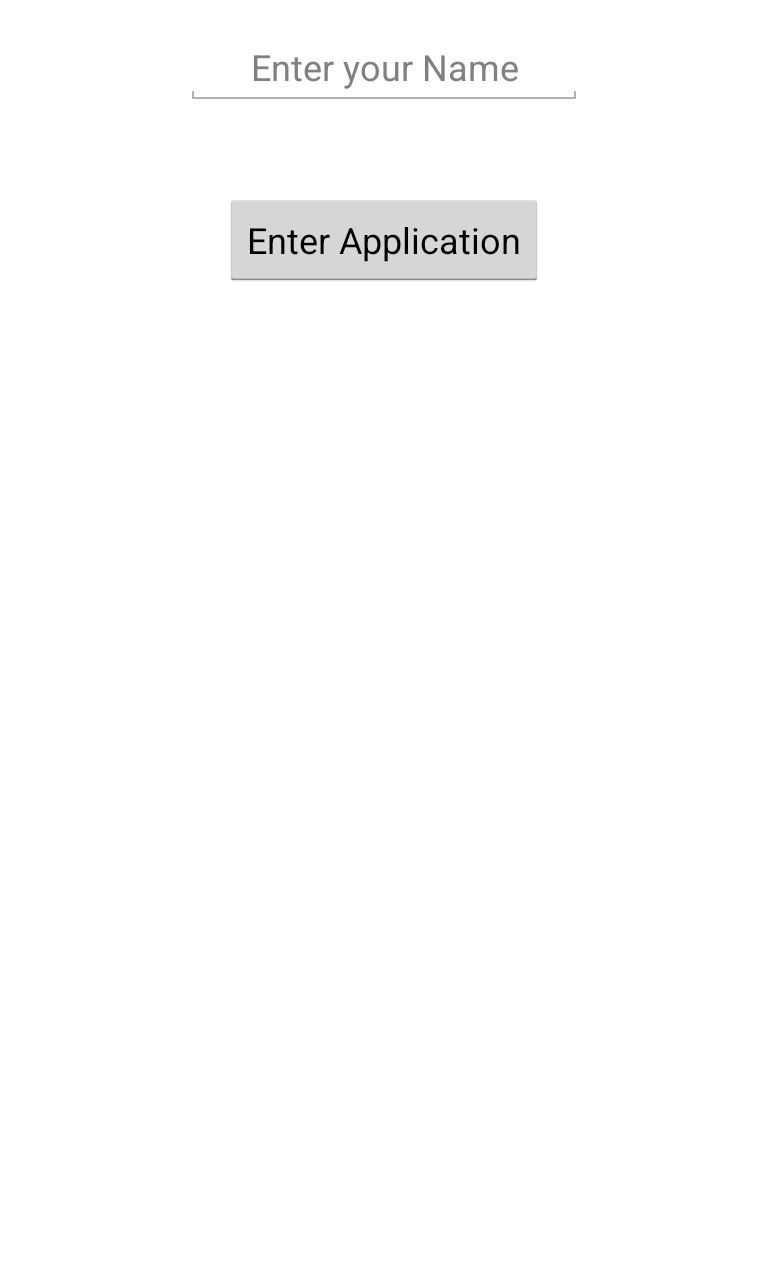
Repository: fsoDannis/workspace
Layout: LyndaTutorials/res/layout/activity_main.xml
The author's editor kept a copy of each file at every save. The layout is drawn from the files as they stood at one save, then again after the next save.
It is drawn on a 768 x 1280 px phone screen (xhdpi) without system bars, with theme AppTheme; the app's code is not run.

Above is the layout before, as saved 2013-01-31 14:16:32.

### LyndaTutorials/res/layout/activity_main.xml
<RelativeLayout xmlns:android="http://schemas.android.com/apk/res/android"
    xmlns:tools="http://schemas.android.com/tools"
    android:layout_width="match_parent"
    android:layout_height="match_parent" >

    <LinearLayout
        android:id="@+id/linearLayout2"
        android:layout_width="fill_parent"
        android:layout_height="wrap_content"
        android:orientation="horizontal" >
    </LinearLayout>

    <LinearLayout
        android:id="@+id/linearLayout1"
        android:layout_width="fill_parent"
        android:layout_height="wrap_content"
        android:orientation="horizontal" >
    </LinearLayout>

    <Button
        android:id="@+id/b_Enter"
        android:layout_width="wrap_content"
        android:layout_height="wrap_content"
        android:layout_below="@+id/linearLayout2"
        android:layout_centerHorizontal="true"
        android:layout_marginTop="96dp"
        android:gravity="center_vertical|center_horizontal"
        android:text="Enter Application" />

    <EditText
        android:id="@+id/et_EnterName"
        android:layout_width="200dip"
        android:layout_height="wrap_content"
        android:layout_below="@+id/linearLayout2"
        android:layout_centerHorizontal="true"
        android:layout_marginTop="14dp"
        android:ems="10"
        android:gravity="center_vertical|center_horizontal"
        android:hint="Enter your Name" />

</RelativeLayout>

Loaded but not shown: LyndaTutorials/res/values/styles.xml (common file); LyndaTutorials/res/values-v11/styles.xml (common file); LyndaTutorials/res/values-v14/styles.xml (common file)

After the next save:
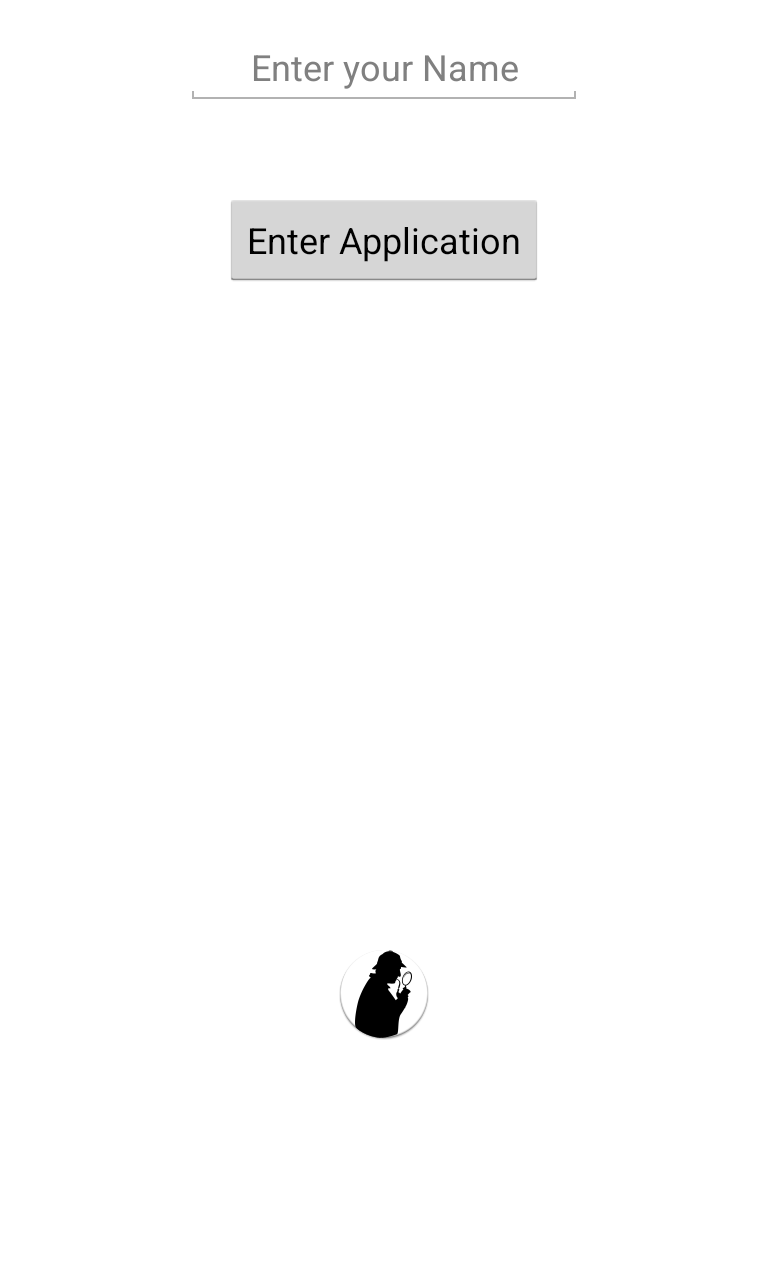
Saved 3 min 39 s later.
--- a/LyndaTutorials/res/layout/activity_main.xml
+++ b/LyndaTutorials/res/layout/activity_main.xml
@@ -38,4 +38,13 @@
         android:gravity="center_vertical|center_horizontal"
         android:hint="Enter your Name" />
 
+    <ImageView
+        android:id="@+id/imageView1"
+        android:layout_width="wrap_content"
+        android:layout_height="wrap_content"
+        android:layout_alignParentBottom="true"
+        android:layout_centerHorizontal="true"
+        android:layout_marginBottom="119dp"
+        android:src="@drawable/ic_launcher" />
+
 </RelativeLayout>
